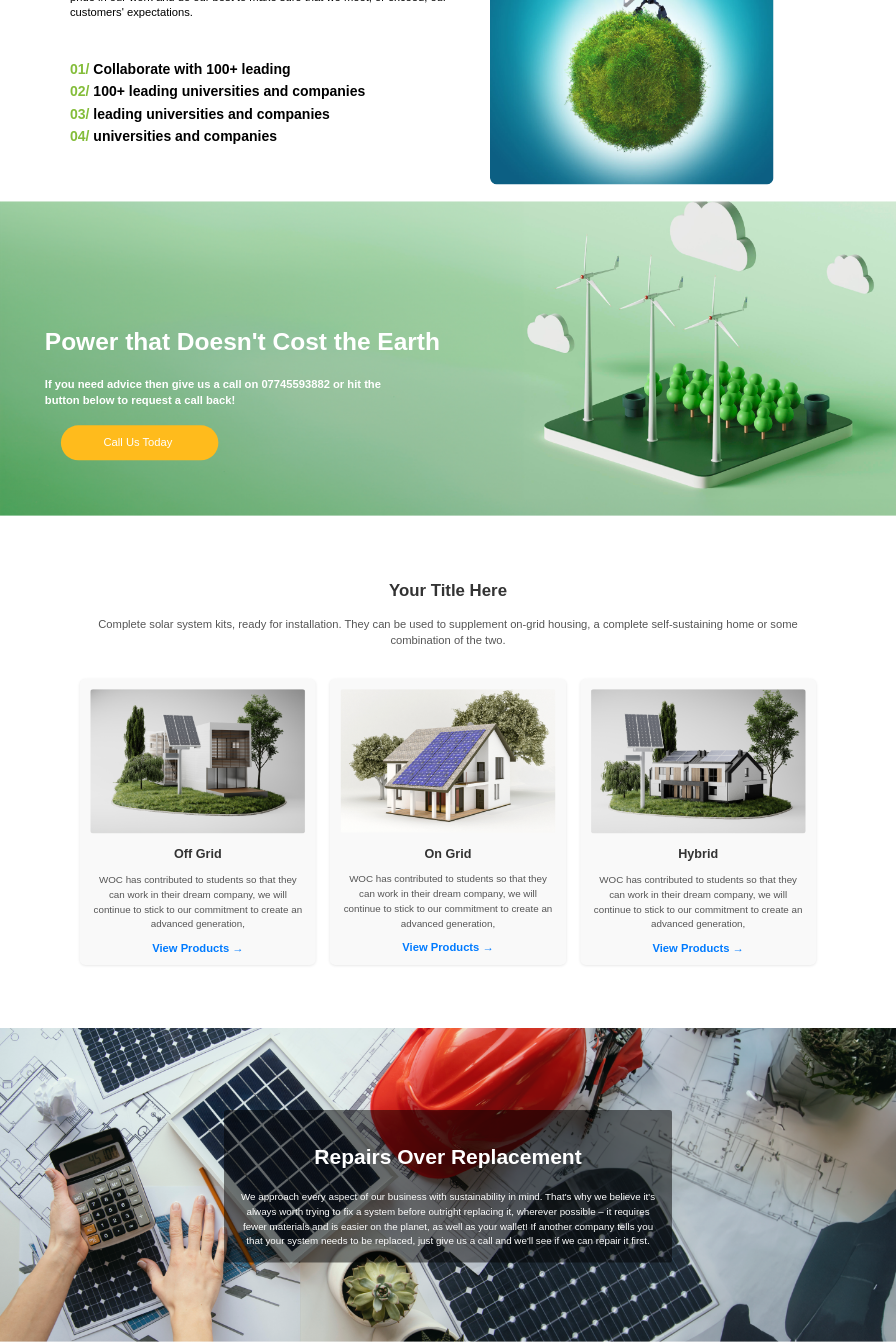
Repository: MaramNabil872/Landing-Page
Page: landingPage.html
These files come from the project's save history. The page is drawn as it stood at one moment and after the next save; the edit follows.
The browser window is 1280 px wide. The pictures show the part of the page from y = 1142 to 3062 px (the page is 3062 px tall), at 70% of full size.

Above is the page before, as saved 2024-10-20 22:18:55.

### landingPage.html
<!DOCTYPE html>
<html lang="en">
    <head>
        <meta charset="UTF-8" />
        <meta name="viewport" content="width=device-width, initial-scale=1.0" />
        <title>Landing Page</title>
        <link rel="stylesheet" href="landingPage.css" />
    </head>
    <body>
        <nav class="navbar">
            <div class="logo">MyLogo</div>

            <ul class="nav-links">
                <li><a href="#home">Home</a></li>
                <li><a href="#about">About</a></li>
                <li><a href="#services">Services</a></li>
                <li><a href="#contact">Contact</a></li>
            </ul>
            <div class="call">
                <p>call us</p>
                <h3>+2 01017345</h3>
            </div>
        </nav>

        <div class="image-container">
            <img
                src="images/solar-panels-meadow 1.png"
                alt="Background Image"
                class="background-image"
            />
            <div class="main-text">
                <h2 class="text-wallpaper">
                    Solar Panel Installers <br />
                    In Plymouth
                </h2>
                <br />
                <p class="text-paragraph">
                    Fueled is an award-winning technology consultancy that
                    transforms <br />
                    businesses by generating ideas, building products, and
                    accelerating<br />
                    growth.
                </p>
                <div class="button-container">
                    <button class="button-wallpaper1">Call Us Today</button>
                    <button class="button-wallpaper2">
                        Requst a call back
                    </button>
                </div>
            </div>
        </div>

        <!-- first container -->

        <div class="container1">
            <div class="text-container1">
                <p class="title-container1">
                    The Friendliest Installers <br />in the South-West
                </p>
                <p class="paragraph-container1">
                    At Solidarity Solar our aims are to help our customers
                    towards a sustainable future and genuinely care about the
                    quality of products we use for our installs. We never sell
                    you equipment you don't need and will always advise to the
                    best of our ability, No hard sell or pushy sales tactics
                    ever. We take pride in our work and do our best to make sure
                    that we meet, or exceed, our customers' expectations.
                </p>
                <div class="last-container1">
                    <p>
                        <span class="number-container1">01/ </span>Collaborate
                        with 100+ leading
                    </p>
                    <p>
                        <span class="number-container1">02/ </span> 100+ leading
                        universities and companies
                    </p>
                    <p>
                        <span class="number-container1">03/ </span> leading
                        universities and companies
                    </p>
                    <p>
                        <span class="number-container1">04/ </span> universities
                        and companies
                    </p>
                </div>
            </div>
            <div class="image-container1">
                <img src="images/Rectangle 30.png" alt="solar" />
            </div>
        </div>

        <!-- second section -->

        <div class="section2">
            <img src="images/middle.png" alt="img" />
            <div class="main-text">
                <h2 class="section2-text">Power that Doesn't Cost the Earth</h2>
                <h6 class="section2-paragraph">
                    If you need advice then give us a call on 07745593882 or hit
                    the <br />
                    button below to request a call back!
                </h6>
                <button class="button-wallpaper2">Call Us Today</button>
            </div>
        </div>

        <!-- third section -->

        <div class="white-container">
            <h2 class="title">Your Title Here</h2>
            <p class="text">
                Complete solar system kits, ready for installation. They can be
                used to supplement on-grid housing, a complete self-sustaining
                home or some combination of the two.
            </p>

            <div class="card-container">
                <div class="card">
                    <img src="images/1.png" alt="Image 2" class="card-image" />
                    <h3 class="card-title">Off Grid</h3>
                    <p class="card-text">
                        WOC has contributed to students so that they can work in
                        their dream company, we will continue to stick to our
                        commitment to create an advanced generation,
                    </p>
                    <a href="#" class="card-link">View Products →</a>
                </div>
                <div class="card">
                    <img
                        src="images/solar-panels-meadow 2 (1).png"
                        alt="Image 3"
                        class="card-image"
                    />
                    <h3 class="card-title">On Grid</h3>
                    <p class="card-text">
                        WOC has contributed to students so that they can work in
                        their dream company, we will continue to stick to our
                        commitment to create an advanced generation,
                    </p>
                    <a href="#" class="card-link">View Products →</a>
                </div>
                <div class="card">
                    <img
                        src="images/solar-panels-meadow 3.png"
                        alt="Image 1"
                        class="card-image"
                    />
                    <h3 class="card-title">Hybrid</h3>
                    <p class="card-text">
                        WOC has contributed to students so that they can work in
                        their dream company, we will continue to stick to our
                        commitment to create an advanced generation,
                    </p>
                    <a href="#" class="card-link">View Products →</a>
                </div>
            </div>
        </div>

        <!-- forth section -->

        <div class="forth-image">
            <img src="images/8116 1 (1).png" alt="Full Width Image" />
            <div class="overlay-text">
                <h2 class="overlay-title">Repairs Over Replacement</h2>
                <p class="overlay-paragraph">
                    We approach every aspect of our business with sustainability
                    in mind. That's why we believe it's always worth trying to
                    fix a system before outright replacing it, wherever possible
                    – it requires fewer materials and is easier on the planet,
                    as well as your wallet! If another company tells you that
                    your system needs to be replaced, just give us a call and
                    we'll see if we can repair it first.
                </p>
            </div>
        </div>
    </body>
</html>

### landingPage.css
* {
    margin: 0;
    padding: 0;
    box-sizing: border-box; /* Added for consistent sizing */
}

body {
    font-family: Arial, sans-serif;
}
@media (max-width: 480px) {
    .text-overlay {
        font-size: 1.2rem; /* Even smaller text size for very small screens */
    }

    .call h3 {
        font-size: 1.2rem; /* Adjust call size for small screens */
    }
}
@media (max-width: 768px) {
    .navbar {
        flex-direction: column; /* Stack items vertically */
        align-items: flex-start; /* Align items to the left */
    }

    .nav-links {
        margin-top: 10px; /* Space between navbar and links */
    }

    .nav-links li {
        margin-left: 0;
        margin-bottom: 10px; /* Space between links */
    }

    .text-overlay {
        font-size: 1.5rem; /* Smaller text size for mobile */
    }
}


.navbar {
    background-color: #0b9586;
    display: flex;
    justify-content: space-between;
    align-items: center;
    padding: 10px 20px;
    position: relative;
    flex-wrap: wrap; /* Allow items to wrap on smaller screens */
}

.logo {
    color: #fff;
    font-size: 24px;
}

.nav-links {
    list-style: none;
    display: flex;
    flex-wrap: wrap; /* Allow links to wrap on smaller screens */
}

.nav-links li {
    margin-left: 20px;
}

.nav-links a {
    text-decoration: none;
    color: white;
    font-size: 18px;
    transition: color 0.3s;
}

.nav-links a:hover {
    color: #f0a500;
}

.call {
    color: #fff;
    text-align: right; /* Align text to the right */
}

.image-container {
    position: relative;
    width: 100%;
    height: 100vh;
    overflow: hidden;
}

.background-image {
    width: 100%;
    height: 100%;
    object-fit: cover;
}
.main-text{
    position: absolute;
    top: 40%;
    left:5%;
}
.text-wallpaper {


    color: white;
    font-size: 52px;
    font-weight: bold;
    text-shadow: 2px 2px 4px rgba(0, 0, 0, 0.5);
}
.text-paragraph{
    color: white;
    font-size:  20px;

}
.button-container{
    display: flex;
}
.button-wallpaper1 {
    background-color: #0b9586;
    color: white;
    border: none;
    border-radius: 20em;
    padding: 0.8em 1.5em 0.8em 1.2em;
    width: 40%;
    margin: 4%;
    height: 50px;
    font-size: 16px;
    cursor: pointer;
    align-items: center;

}
.button-wallpaper2 {
    background-color:  #FFBB1C;
    ;
    color: white;
    border: none;
    border-radius: 20em;
    padding: 0.8em 1.5em 0.8em 1.2em;
    width: 40%;
    margin: 4%;
    height: 50px;
    font-size: 16px;
    cursor: pointer;
    align-items: center;

}

.container1 {
    display: flex;
    background-color: white;
    padding-top: 10%;
    border-radius: 8px;
    max-width: 1200px;
    margin: 20px auto;


}
.title-container1{
    font-size: 40px;
    font-weight: bold;


}
.text-container1 {
   flex:1;
    padding-right:5%;
padding-left: 5%;}
.paragraph-container1{
    margin-top: 5%;
    line-height: 1.3;
}

.last-container1{
    font-size: 20px;
    font-weight: bold;
    padding-top: 10%;
    line-height: 1.6;
    .number-container1{
        color:#84BD3A;
        ;
    }
}
.image-container1 {
   flex:1
}

.image-container1 img {
    width: 75%;
    height: auto;
    border-radius: 8px;
}


.section2 {
    position: relative;
    width: 100%;
    overflow: hidden;
}

.section2 img {
    width: 100%;
    height: auto; }

.section2-text {
font-size: 35px;
    color: white;

}
.section2-paragraph{
    padding-top: 5%;
    line-height: 1.5;

    font-size: 16px;
    color: white;
}

/* third section */
.white-container {
    background-color: white;
    padding: 5%;
    max-width: 1200px;
    margin: 2% auto;
}

.title {
    margin-bottom: 2%;
    font-size: 24px;
    color: #333;
    text-align: center;

}

.text {
    margin-bottom: 2%;
    font-size: 16px;
    color: #555;
    line-height: 1.5;
    text-align: center;
}

.card-container {
    display: flex;
    justify-content: space-between;
    margin-top: 4%;
}

.card {
    background-color: #f9f9f9;
    border-radius: 8px;
    box-shadow: 0 1px 4px rgba(0, 0, 0, 0.1);
    padding: 15px;
    text-align: center;
    flex: 1;
    margin: 0 10px;
}

.card-image {
    width: 100%;
    height: auto;
    border-radius: 4px;
}

.card-title {
    font-size: 18px;
    color: #333;
    margin-top: 5%;

}

.card-text {
    font-size: 14px;
    color: #555;
    margin-top: 5%;
    margin-bottom: 5%;
    line-height: 1.5;

}

.card-link {
    text-decoration: none;
    color: #007bff;
    font-weight: bold;
}

.card-link:hover {
    text-decoration: underline;
}
@media (max-width: 768px) {
    .card-container {
        flex-direction: column;
    }

    .card {
        flex: 1 1 100%;
        max-width: 100%;
        margin: 10px 0;
    }
}

/* forth css */

.forth-image {
    position: relative;
    width: 100%;
    overflow: hidden;
}

.forth-image img {
    width: 100%;
    height: auto;
}

.overlay-text {
    position: absolute;
    top: 50%;
    left: 50%;
    transform: translate(-50%, -50%);
    color: white;
    text-align: center;
    padding: 20px;
    background-color: rgba(0, 0, 0, 0.5);
    border-radius: 4px;
}
.overlay-title{
    margin-top: 5%;
    margin-bottom: 5%;
    font-size: 30px;

}
.overlay-paragraph{
    margin-top: 4%;
    line-height: 1.5;
    font-size: 14px;

}

After the next save:
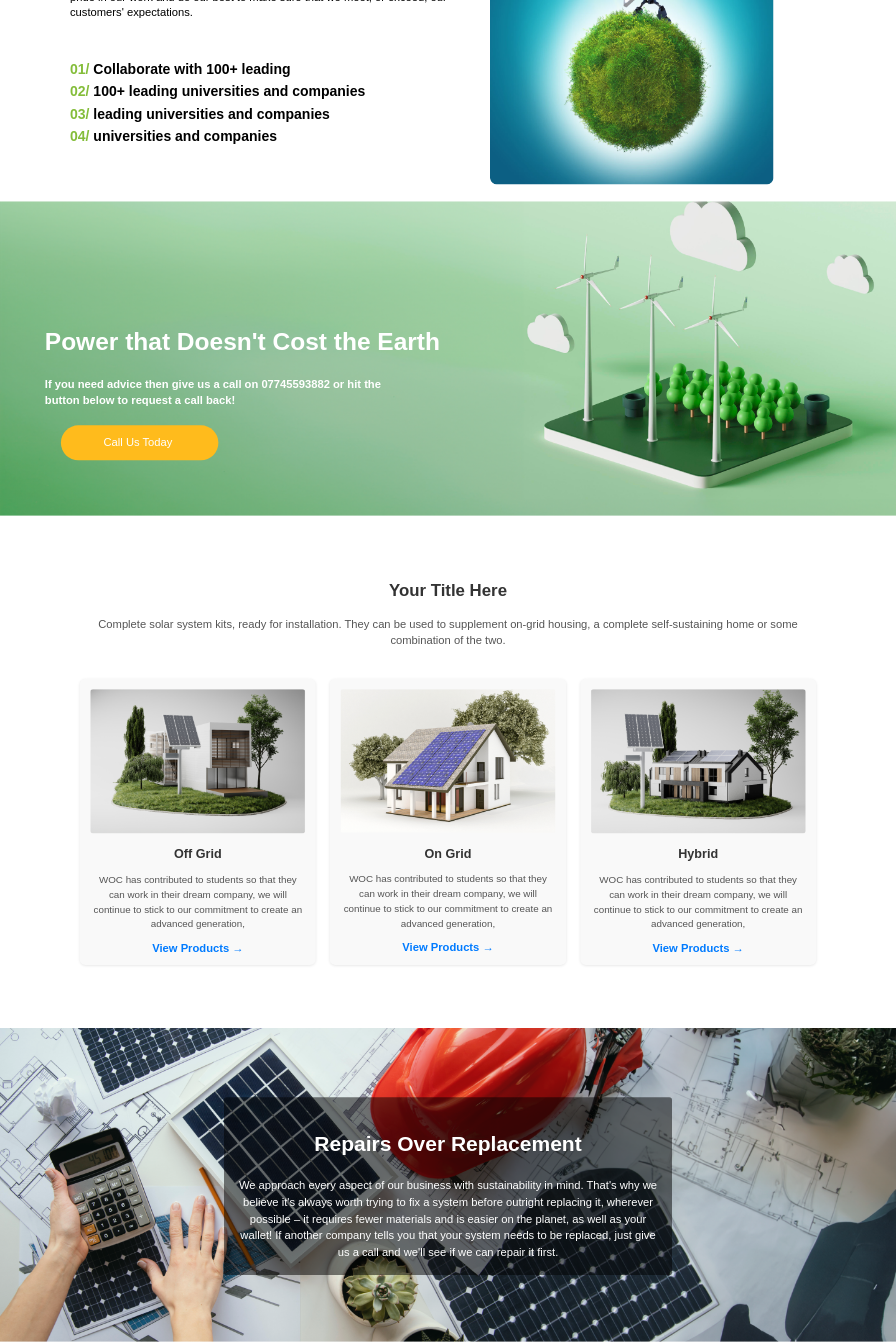
Saved 36 s later.
--- a/landingPage.css
+++ b/landingPage.css
@@ -326,6 +326,6 @@ font-size: 35px;
 .overlay-paragraph{
     margin-top: 4%;
     line-height: 1.5;
-    font-size: 14px;
-
-}
+    font-size: 16px;
+
+}
